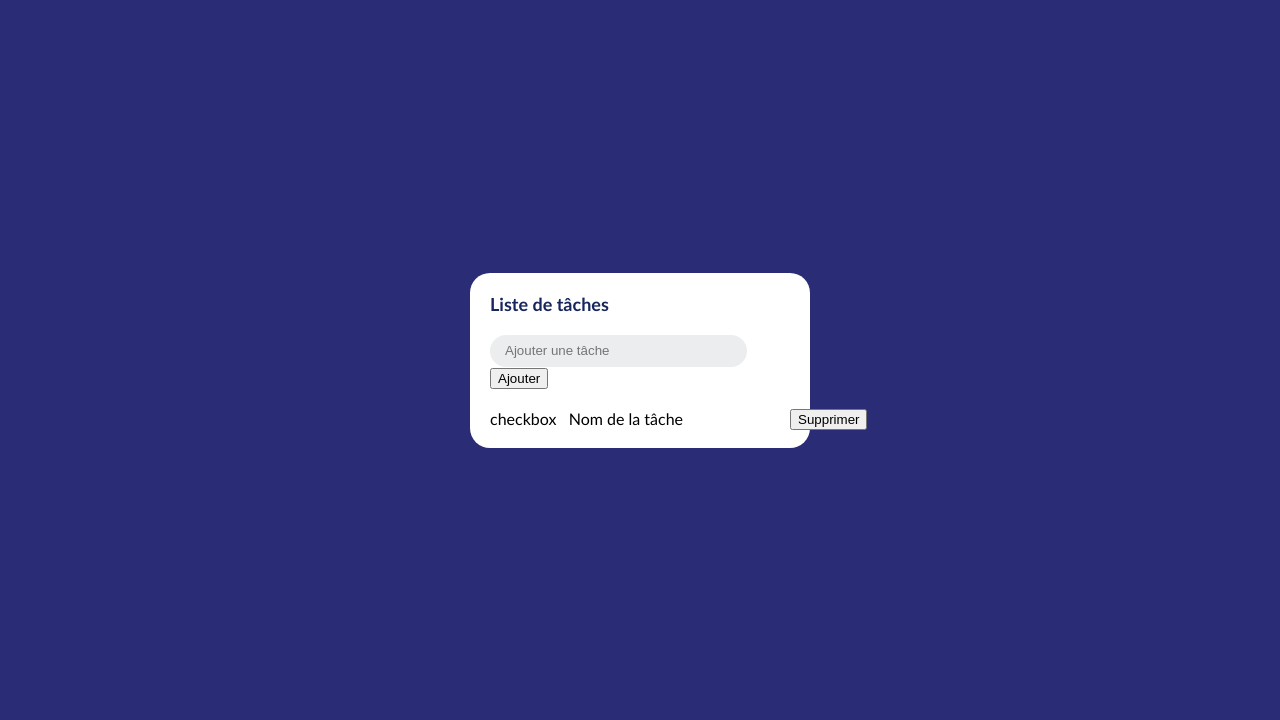
Repository: ndiemenguer/convertisseur
Page: / (app in todo-isep/)
The author's editor kept a copy of each file at every save. The page is drawn from the files as they stood at one save, then again after the next save.
The browser window is 1280 px wide. The pictures show the whole page.
The project was rebuilt for these pictures with package versions that can differ from the ones it lists, and the page was loaded fresh each time. Also part of the build but not shown: todo-isep/vite.config.js, todo-isep/src/Application.jsx, todo-isep/src/index.css.

Above is the page before, as saved 2023-05-06 12:29:07.

### todo-isep/src/main.jsx
import React from 'react'
import ReactDOM from 'react-dom/client'
import App from './App.jsx'
import ApplicationDev from './Application.jsx'
import './index.css'


ReactDOM.createRoot(document.getElementById('root')).render(
  <React.StrictMode>
    <App />
  </React.StrictMode>,
)

### todo-isep/src/App.jsx
import "./App.css";

function App() {
  return (
    <>
      <main className="container">
        <div className="title">Liste de tâches</div>
        <div className="input-box">
          <input
            type="text"
            className="input"
            placeholder="Ajouter une tâche"
          />
          <button>Ajouter</button>
        </div>
        <div className="todo-list">
          <div className="todo-box">
            <div>checkbox &nbsp; Nom de la tâche</div>
            <div>
              <button className="button">Supprimer</button>
            </div>
          </div>
        </div>
      </main>
    </>
  );
}

export default App;

### todo-isep/src/App.css
body {
  background: #2a2c76;
  display: flex;
  height: 100vh;
  width: 100vw;
  margin: 0;
  justify-content: center;
  align-items: center;
  font-family: calibri;
}

.container {
  background: white;
  width: 300px;
  min-height: 100px;
  border-radius: 20px;
  display: flex;
  flex-direction: column;
  gap: 20px;
  padding: 20px;
}

.container .title {
  font-size: 18px;
  font-weight: 600;
  color: #17275c;
}

.input-box {
  position: relative;
}

.todo-list {
  display: flex;
  flex-direction: column;
  gap: 10px;
}

.todo-box {
  display: flex;
  justify-content: space-between;
}

.input {
  width: 80%;
  height: 30px;
  border-radius: 20px;
  border: 0;
  outline: none;
  background-color: #ecedef;
  padding-left: 15px;
}

.button {
  position: absolute;
}

Loaded but not shown: todo-isep/index.html (common file)

After the next save:
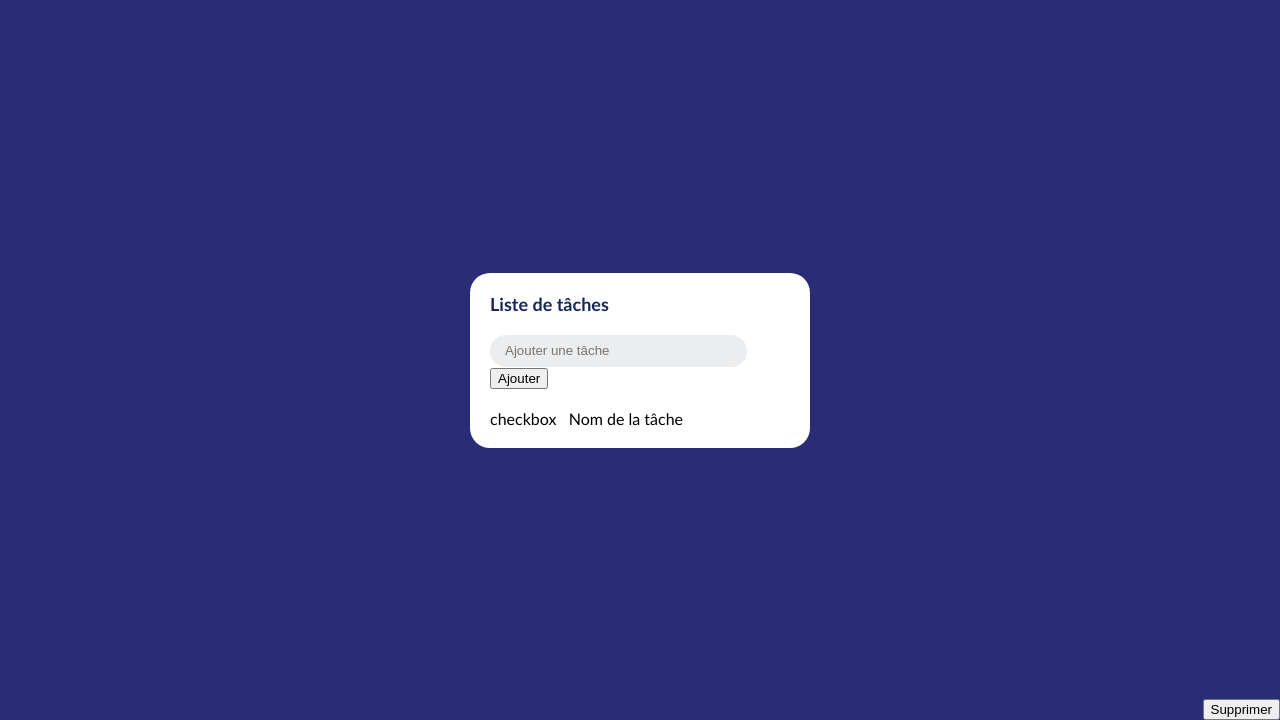
Saved 22 s later.
--- a/todo-isep/src/App.css
+++ b/todo-isep/src/App.css
@@ -53,4 +53,6 @@ body {
 
 .button {
   position: absolute;
+  right: 0;
+  bottom: 0;
 }
